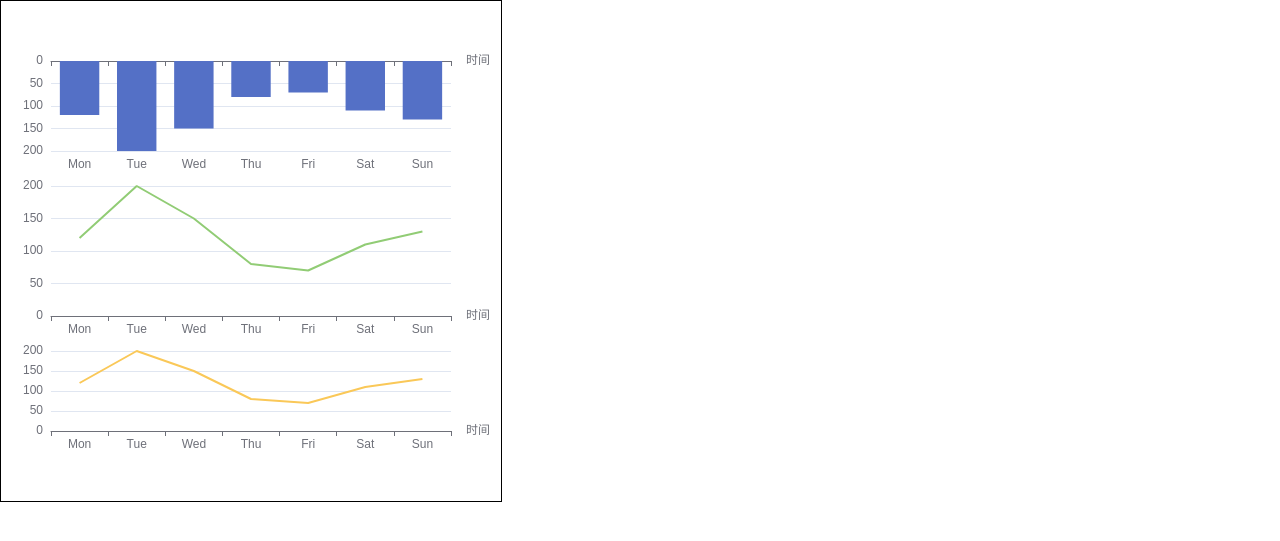
Repository: LeP-Ton/curve
Page: /
The author's editor kept a copy of each file at every save. The page is drawn from the files as they stood at one save, then again after the next save.
The browser window is 1280 px wide. The pictures show the whole page.
The project was rebuilt for these pictures with package versions that can differ from the ones it lists, and the page was loaded fresh each time.

Above is the page before, as saved 2022-08-18 20:24:48.

### src/index.js
import React from "react";
import ReactDOM from "react-dom/client";
import "./index.css";
import Echart from "./Echart";
import reportWebVitals from "./reportWebVitals";

const root = ReactDOM.createRoot(document.getElementById("root"));
const option = {
  tooltip: {
    trigger: "axis",
    // formatter:function(params){
    //   console.log("---",params[0]);
    //   return(`${params[0].axisId}:${params[0].axisValue} ${params[0].seriesName}:${params[0].value}`)
    // }
  },
  xAxis: [
    {
      name: "时间",
      type: "category",
      data: ["Mon", "Tue", "Wed", "Thu", "Fri", "Sat", "Sun"],
    },
    {
      name: "时间",
      type: "category",
      data: ["Mon", "Tue", "Wed", "Thu", "Fri", "Sat", "Sun"],
      gridIndex: 1
    },
    {
      name: "时间",
      type: "category",
      data: ["Mon", "Tue", "Wed", "Thu", "Fri", "Sat", "Sun"],
      gridIndex: 2
    },
  ],
  yAxis: [
    {
      type: "value",
      inverse: true,
    },
    {
      gridIndex: 1
    },
    {
      gridIndex: 2
    }

  ],
  grid: [
    {
      bottom: '70%'
    },
    {
      top: '37%',
      bottom:'37%'
    },
    {
      top: '70%',
    }
  ],
  series: [
    {
      name: "温度",
      data: [120, 200, 150, 80, 70, 110, 130],
      type: "bar",
    },
    {
      name: "宽度",
      type: "line",
      showSymbol: false,
      data: [120, 200, 150, 80, 70, 110, 130],
      xAxisIndex: 1,
      yAxisIndex: 1,
    },
    {
      name: "长度",
      type: "line",
      showSymbol: false,
      data: [120, 200, 150, 80, 70, 110, 130],
      xAxisIndex: 2,
      yAxisIndex: 2,
    }
  ],
};
root.render(
  <React.StrictMode>
    <Echart options={option} style={{width:'500px', height: "500px" ,border: '1px solid'}} />
  </React.StrictMode>
);

// If you want to start measuring performance in your app, pass a function
// to log results (for example: reportWebVitals(console.log))
// or send to an analytics endpoint. Learn more: https://bit.ly/CRA-vitals
reportWebVitals();

### src/Echart.js
import React, {
  useEffect,
  useRef,
  useState
} from 'react';
import * as echarts from 'echarts';

const Echart = props => {
  const { options, style } = props;
  const chartRef = useRef();
  const [myChart, setMyChart] = useState(null);

  const resizeEcharts = () => {
    myChart.resize();
  };

  useEffect(() => {
    setMyChart(echarts.init(chartRef.current));
  }, []);

  useEffect(() => {
    if (myChart) {
      window.addEventListener('resize', resizeEcharts);
      return () => {
        window.removeEventListener('resize', resizeEcharts);
        myChart.dispose();
        setMyChart(null);
      };
    }
  }, [myChart]);

  useEffect(() => {
    myChart && myChart.setOption(options);
  }, [myChart, options]);

  return <div ref={chartRef} className="default-charts" style={style} />;
};

export default Echart;

Loaded but not shown: public/index.html (common file); src/index.css (common file); src/reportWebVitals.js (common file)

After the next save:
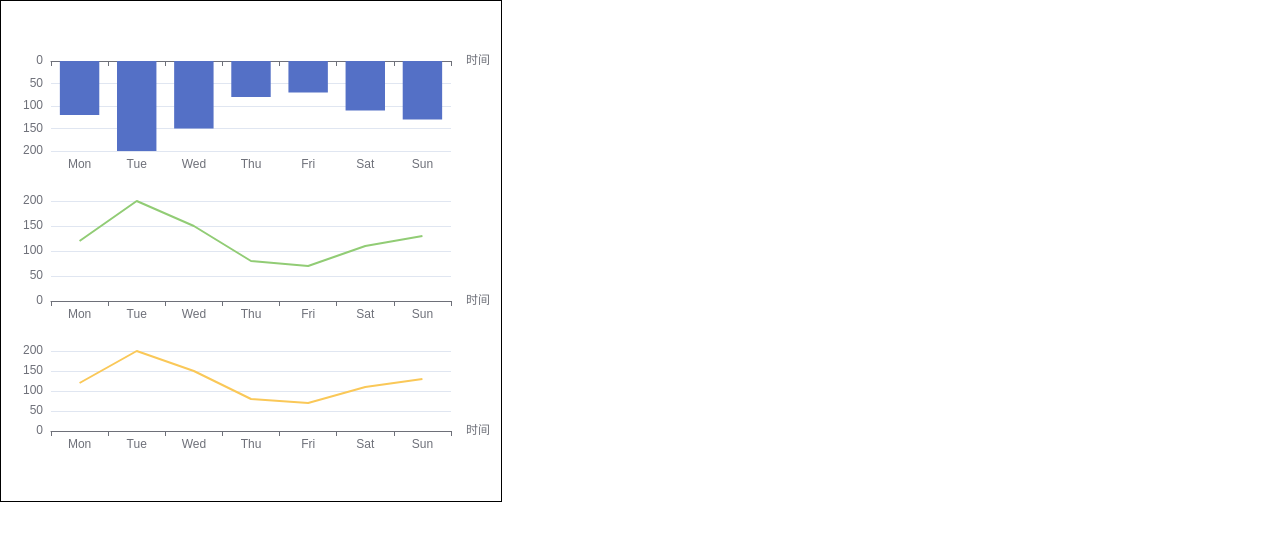
Saved 20 s later.
--- a/src/index.js
+++ b/src/index.js
@@ -50,8 +50,8 @@ const option = {
       bottom: '70%'
     },
     {
-      top: '37%',
-      bottom:'37%'
+      top: '40%',
+      bottom:'40%'
     },
     {
       top: '70%',
